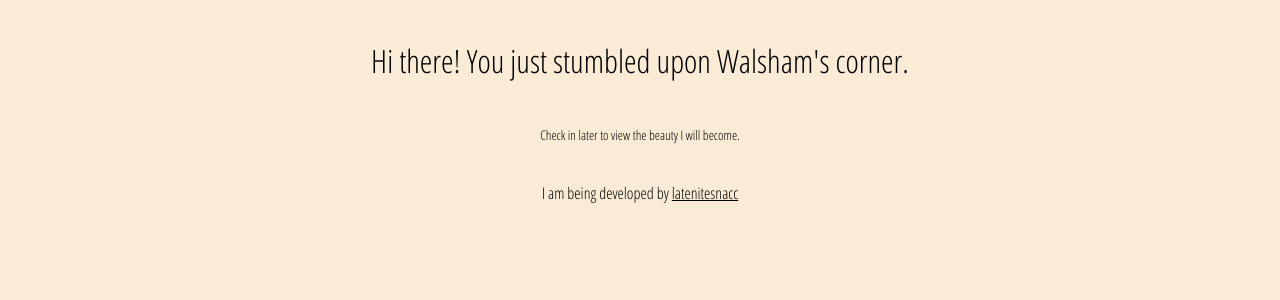
Repository: latenightsnacc/Coming-Soon-Pages
Page: index.html
These files come from the project's save history. The page is drawn as it stood at one moment and after the next save; the edit follows.
The browser window is 1280 px wide. The pictures show the whole page.

Above is the page before, as saved 2020-10-13 15:56:35.

After the next save:
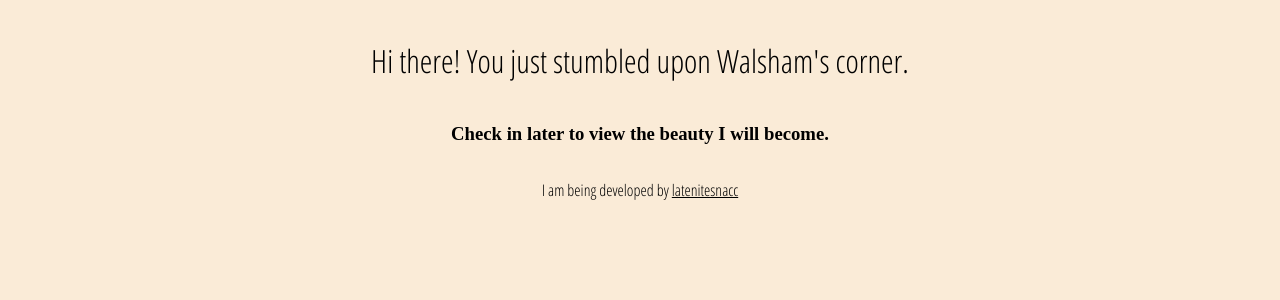
Saved 18 s later.
--- a/index.html
+++ b/index.html
@@ -30,7 +30,7 @@
 <body>
     <div class="container text-center">
         <h1>Hi there! You just stumbled upon Walsham's corner.</h1>
-        <h5>Check in later to view the beauty I will become.</h5>
+        <h3>Check in later to view the beauty I will become.</h3>
         <p>I am being developed by <a href="mailto:egonubuchi97@gmail.com">latenitesnacc</a> </p>
 
     </div>
